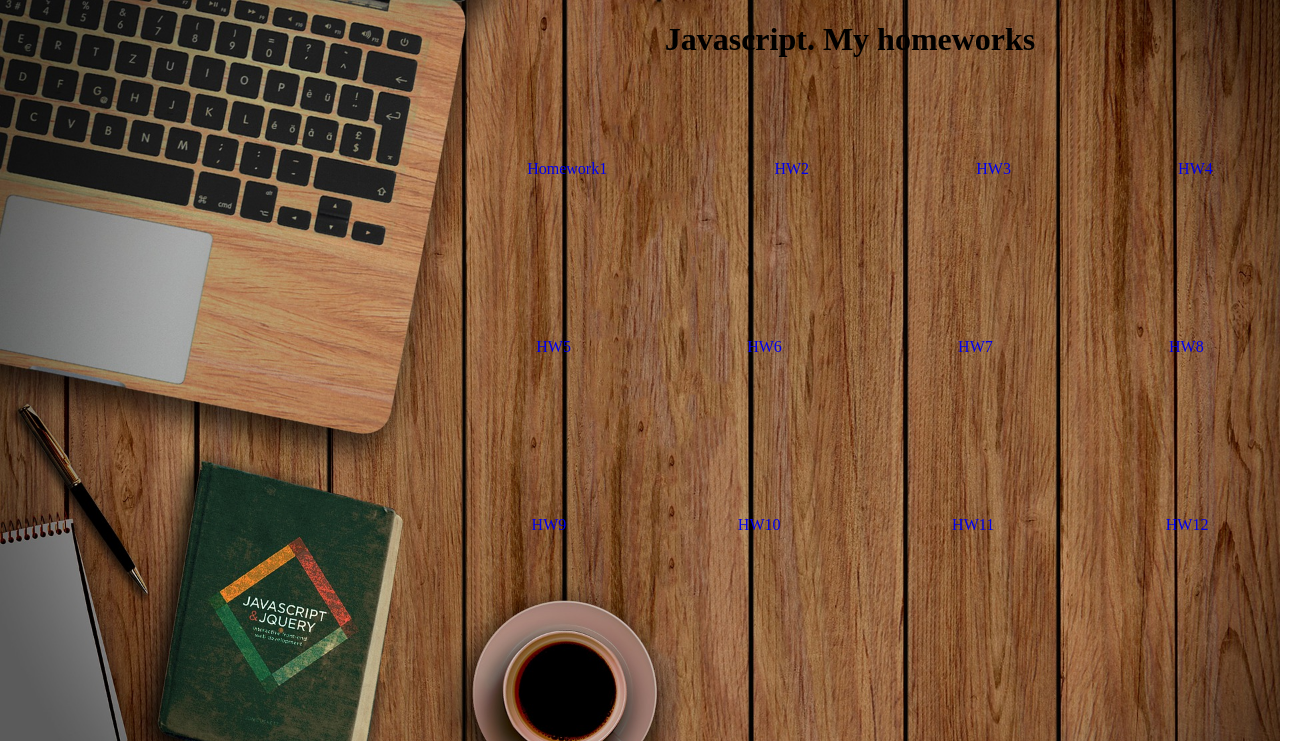
Repository: mariiastetsko/cursor-js-hw
Page: index.html
An editor plug-in stored every save of this project. The page is shown before and after a run of saves, followed by the edit.
The browser window is 1280 px wide. The page is 1300 px wide, so the pictures cover 1300 px, including what lies to the right of the window. The pictures show the whole page.

Above is the page before, as saved 2020-07-22 20:05:29.

### index.html
<!DOCTYPE html>
<html lang="en">
  <head>
    <meta charset="UTF-8" />
    <meta name="viewport" content="width=device-width, initial-scale=1.0" />
    <title>Cursor.JS.Homeworks</title>
    <link rel="stylesheet" href="./style.css" />
  </head>
  <body>
    <div class="homeworks">
    <h1>Javascript. My homeworks</h1>
    <ul class="list">
      <li>
        <a href="./HW1/index.html">Homework1</a>
      </li>
      <li><a href="./HW2/index.html">HW2 </a></li>
      <li><a href="./HW3/index.html">HW3</a></li>
      <li><a href="./HW4/index.html">HW4</a></li>
      <li><a href="./HW5/index.html">HW5</a></li>
      <li><a href="./HW6/index.html">HW6</a></li>
      <li><a href="./HW7/index.html">HW7</a></li>
      <li><a href="./HW8/index.html">HW8</a></li>
      <li><a href="./HW9/index.html">HW9</a></li>
      <li><a href="./HW10/index.html">HW10</a></li>
      <li><a href="./HW11/index.html">HW11</a></li>
      <li><a href="./HW12/index.html">HW12</a></li>
    </ul>
  </div>
  </body>
</html>

### style.css
* {
    box-sizing: border-box;
}

body {
    margin: 0 auto;
    padding: 0;
    min-width: 900px;
    min-height: 100vh;
    background-image: url('./background.jpg');
    background-repeat: no-repeat;
    background-size: cover;
}


/* .homeworks {
    background-image: url('./background.jpg');
    background-repeat: no-repeat;
    background-size: cover;
} */

ul {
    list-style: none;
}

.list {
    display: flex;
    justify-content: space-evenly;
    flex-wrap: wrap;
}

li, a {
    text-decoration: none;
    padding: 30px 10px;
    margin: 50px 30px;
}

.homeworks {
    width: 900px;
    text-align: center;
    margin-left: 400px;
}

After the next 3 saves:
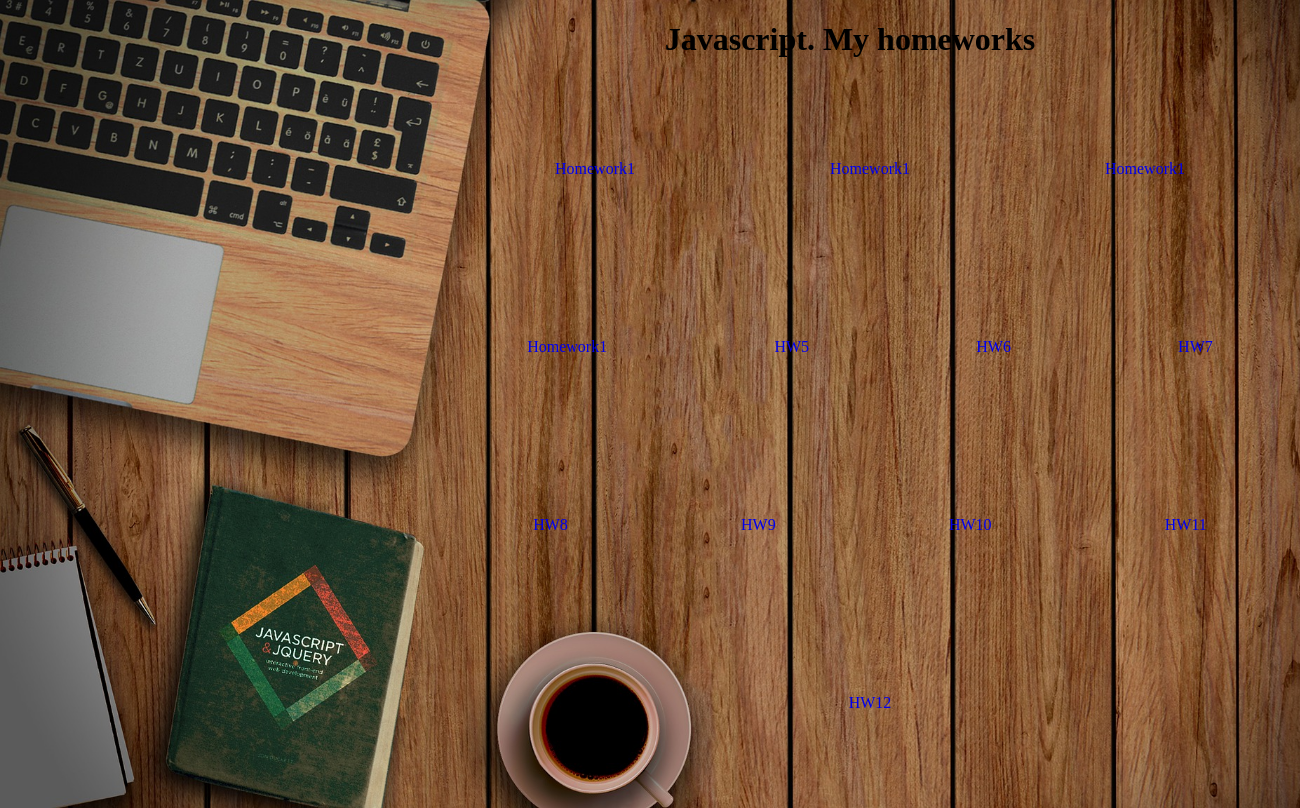
The 3 saves are shown as one change because they came seconds apart.
The last was saved 13 s later.
--- a/index.html
+++ b/index.html
@@ -13,9 +13,9 @@
       <li>
         <a href="./HW1/index.html">Homework1</a>
       </li>
-      <li><a href="./HW2/index.html">HW2 </a></li>
-      <li><a href="./HW3/index.html">HW3</a></li>
-      <li><a href="./HW4/index.html">HW4</a></li>
+      <li><a href="./HW2/index.html">Homework1 </a></li>
+      <li><a href="./HW3/index.html">Homework1</a></li>
+      <li><a href="./HW4/index.html">Homework1</a></li>
       <li><a href="./HW5/index.html">HW5</a></li>
       <li><a href="./HW6/index.html">HW6</a></li>
       <li><a href="./HW7/index.html">HW7</a></li>
